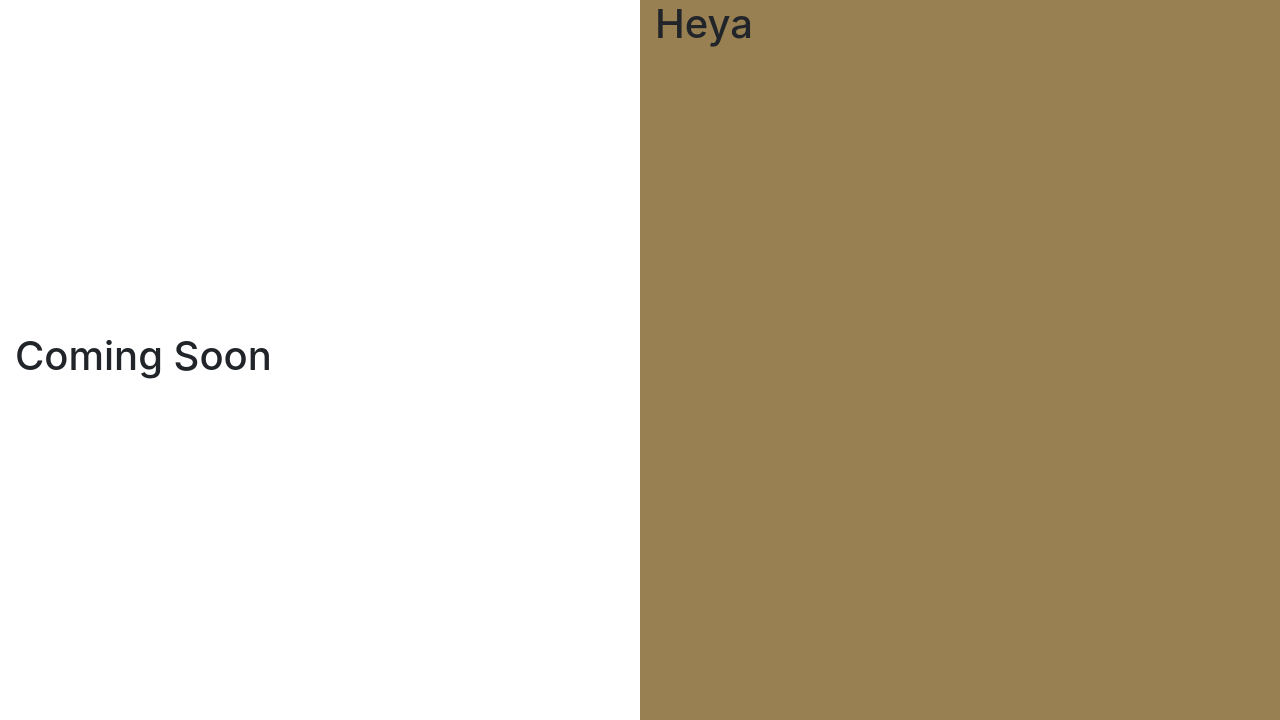
Repository: Thekxgh/website
Page: /
The author's editor kept a copy of each file at every save. The page is drawn from the files as they stood at one save, then again after the next save.
The browser window is 1280 px wide. The pictures show the whole page.
The project was rebuilt for these pictures with package versions that can differ from the ones it lists, and the page was loaded fresh each time.

Above is the page before, as saved 2021-07-14 09:35:04.

After the next save:
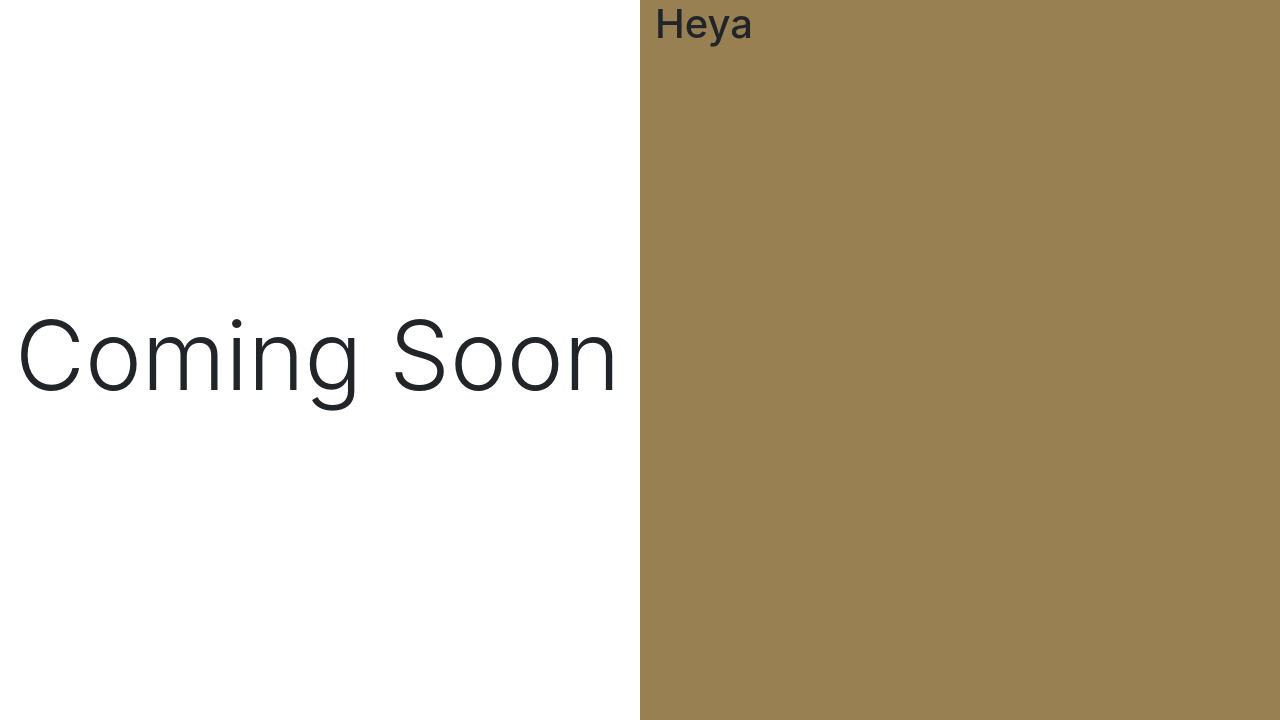
Saved 9 s later.
--- a/src/presentation/LandingPage.tsx
+++ b/src/presentation/LandingPage.tsx
@@ -5,7 +5,7 @@ export const LandingPage = () => {
     <Container fluid>
         <Row className="min-vh-100 align-items-center">
             <Col>
-                <h1>Coming Soon</h1>
+                <h1 className="display-1">Coming Soon</h1>
             </Col>
             <Col className="bg-primary min-vh-100">
                 <h1>Heya</h1>
